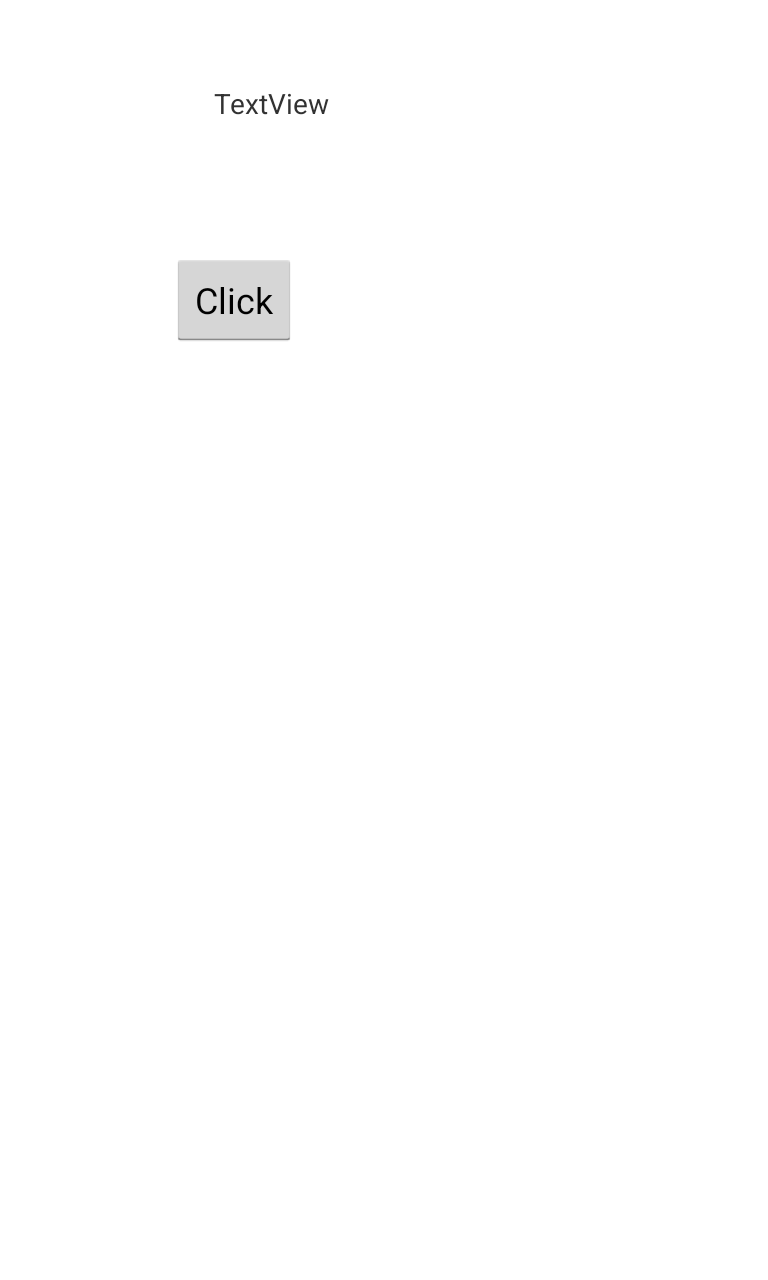
Repository: 12030121030/eventhandling
Layout: eventhandling/res/layout/activity_main.xml
An editor plug-in stored every save of this project. The layout is shown before and after the next save, followed by the edit.
It is drawn on a 768 x 1280 px phone screen (xhdpi) without system bars, with theme AppTheme; the app's code is not run.

Above is the layout before, as saved 2014-12-19 05:07:11.

### eventhandling/res/layout/activity_main.xml


  <RelativeLayout xmlns:android="http://schemas.android.com/apk/res/android"
    xmlns:tools="http://schemas.android.com/tools"
    android:layout_width="match_parent"
    android:layout_height="match_parent"
    android:paddingBottom="@dimen/activity_vertical_margin"
    android:paddingLeft="@dimen/activity_horizontal_margin"
    android:paddingRight="@dimen/activity_horizontal_margin"
    android:paddingTop="@dimen/activity_vertical_margin"
    tools:context=".MainActivity" >

    <Button
        android:id="@+id/btnClick"
        android:layout_width="wrap_content"
        android:layout_height="wrap_content"
        android:layout_alignParentLeft="true"
        android:layout_alignParentTop="true"
        android:layout_marginLeft="69dp"
        android:layout_marginTop="110dp"
        android:text="Click" />

    <TextView
        android:id="@+id/textView1"
        android:layout_width="wrap_content"
        android:layout_height="wrap_content"
        android:layout_alignLeft="@+id/btnClick"
        android:layout_alignParentTop="true"
        android:layout_marginLeft="22dp"
        android:layout_marginTop="26dp"
        android:text="TextView" />

</RelativeLayout>

Loaded but not shown: eventhandling/res/values/styles.xml (common file); eventhandling/res/values-v11/styles.xml (common file); eventhandling/res/values-v14/styles.xml (common file); eventhandling/res/values/dimens.xml (common file)

After the next save:
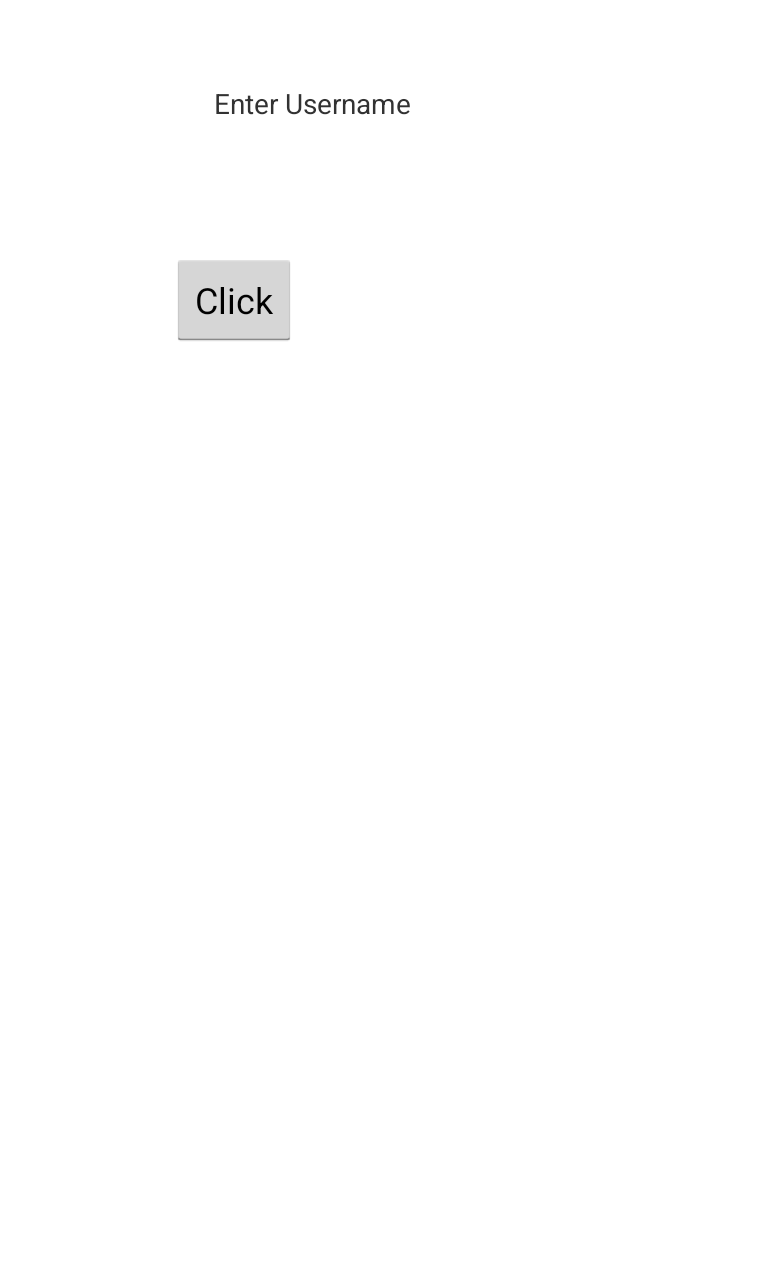
Saved 24 s later.
--- a/eventhandling/res/layout/activity_main.xml
+++ b/eventhandling/res/layout/activity_main.xml
@@ -28,6 +28,6 @@
         android:layout_alignParentTop="true"
         android:layout_marginLeft="22dp"
         android:layout_marginTop="26dp"
-        android:text="TextView" />
+        android:text="Enter Username" />
 
 </RelativeLayout>
